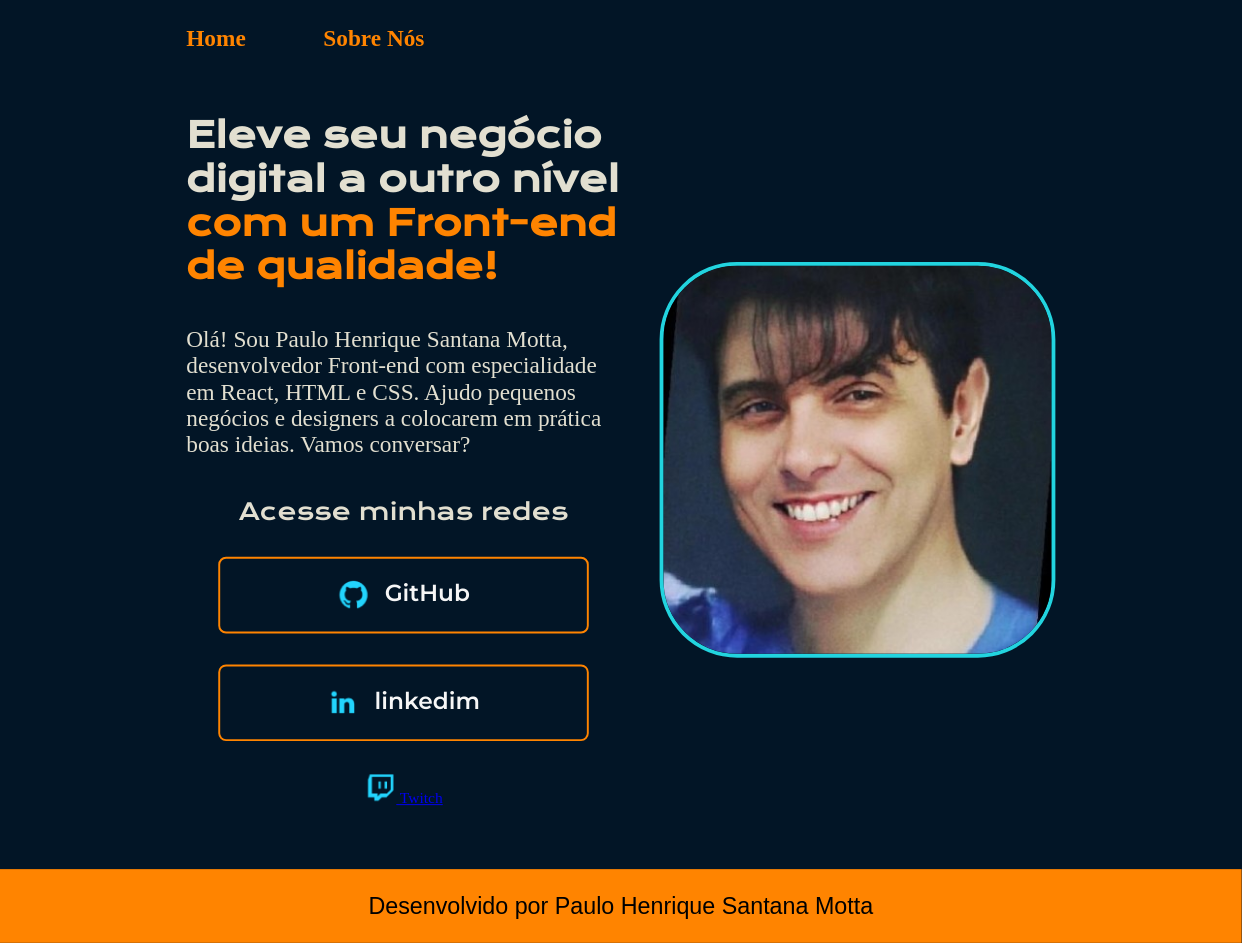
Repository: phsmottanerd/projeto-portfolio-alura
Page: index.html
These files come from the project's save history. The page is drawn as it stood at one moment and after the next save; the edit follows.
The browser window is 1280 px wide. The pictures show the whole page, at 97% of full size.

Above is the page before, as saved 2025-01-30 01:23:48.

### index.html
<!DOCTYPE html>
<html lang="pt-br">
  <head>
    <meta charset="UTF-8" />
    <meta http-equiv="X-UA-Compatible" content="IE=edge" />
    <meta name="viewport" content="width=device-width, initial-scale=1.0" />
    <title>Portifolio</title>
    <link rel="stylesheet" href="./estilos/style.css" />
  </head>

  <body>
    <header class="cabecalho">
      <nav class="cabecalho__menu">
        <a class="cabecalho__menu__link" href="index.html">Home</a>
        <a class="cabecalho__menu__link" href="about.html">Sobre Nós</a>
      </nav>
    </header>
    <main class="apresentacao">
      <section class="apresentacao__conteudo">
        <h1 class="apresentacao__conteudo__titulo">
          Eleve seu negócio digital a outro  nível
          <strong class="titulo-destaque"
            >com um Front-end de qualidade!
          </strong>
        </h1>
        <p class="apresentacao__conteudo__texto">
          Olá! Sou Paulo Henrique Santana Motta, desenvolvedor Front-end com especialidade em
          React, HTML e CSS. Ajudo pequenos negócios e designers a colocarem em
          prática boas ideias. Vamos conversar?
        </p>
        <div class="apresentacao__links">
          <h2 class="apresentacao__links__subtitulo">Acesse minhas redes</h2>
          <a
            class="apresentacao__links__navegacao"
            href="https://github.com/phsmottanerd"
          >
            <img src="./img/github.png" />
            GitHub
          </a>
          <a
            class="apresentacao__links__navegacao"
            href="https://linkedim.com/phsmottanerd"
          >
            <img src="./img/linkedin.png" />
            linkedim
          </a>
          <a class="apresentacao__links_navegacaok" href="https://.com/phsmottanerd">
            <img src="./img/twitch.png" />
            Twitch
          </a>
        </div>
      </section>
      <img class="apresentacao__imagem" src="./img/1722867171561.jpg" alt="Paulo Henrique Santana Motta  programador" />
    </main>
    <footer class="rodape">
      <p>Desenvolvido por Paulo Henrique Santana Motta</p>
    </footer>
  </body>
</html>

### estilos/style.css
@import url("https://fonts.googleapis.com/css2?family=Krona+One&family=Montserrat:wght@400;600&display=swap");

:root {
  --cor-primaria: #021526;
  --cor-secundaria: #E2DFD0;
  --cor-terciaria:#FF8400;
  --cor-hover: #FF8400;

  --font-primaria: "Krona One", sans-serif;
   --font-secundaria:"Montserrat", sans-serif;


}

* {
  margin: 0;
  padding: 0;
}

body {
  box-sizing: border-box;
  background-color: var(--cor-primaria);
  color: var(--cor-secundaria);
}
.cabecalho {
  padding: 2% 0% 0% 15%;
}
.cabecalho__menu {
  display: flex;
  gap: 80px;
}

.cabecalho__menu__link {
  font-family: var(----font-secundaria);
  font-size: 1.5rem;
  font-weight: 600;
  color: var(--cor-terciaria);
  text-decoration: none;
}

.titulo-destaque {
  color: var(--cor-terciaria);
}

.apresentacao {
  padding: 5% 15%;
  display: flex;
  align-items: center;
  justify-content: space-between;
}
.apresentacao__conteudo {
  width: 50%;
  display: flex;
  flex-direction: column;
  gap: 40px;
}

.apresentacao__conteudo__titulo {
  font-size: 2.25rem;
  font-family: var(--font-primaria);
}

.apresentacao__conteudo__texto {
  font-size: 1.5rem;
  font-family: var(----font-secundaria);
}

.apresentacao__links {
  display: flex;
  flex-direction: column;
  justify-content: space-between;
  align-items: center;
  gap: 32px;
}
.apresentacao__links__subtitulo {
  font-family: "Krona One", sans-serif;
  font-weight: 400;
  font-size: 1.5rem;
}
.apresentacao__links__navegacao {
  /* background-color: #22D4FD; */
  justify-content: center;
  gap: 16px;
  display: flex;
  border: 2px solid var(--cor-terciaria);
  width: 378px;
  text-align: center;
  border-radius: 8px;
  font-size: 1.5rem;
  font-weight: 600;
  padding: 21.5px 0;
  text-decoration: none;
  color: #f6f6f6;
  font-family: "Montserrat", sans-serif;
}
.apresentacao__links__link:hover {
  background-color: var(--cor-hover);
}
.apresentacao__imagem{

  width: 50%;
}
.rodape {
  padding: 24px;
  color: #000;
  background-color: var(--cor-terciaria);
  text-align: center;
  font-family: "Montsearrat", sans-serif;
  font-size: 1.5rem;
  font-weight: 400;
}
.apresentacao__imagem  {
  border-radius: 80px;
  border: 4px solid #22d4Df;
  width: 400px;
  heighit: 400px;

}

After the next save:
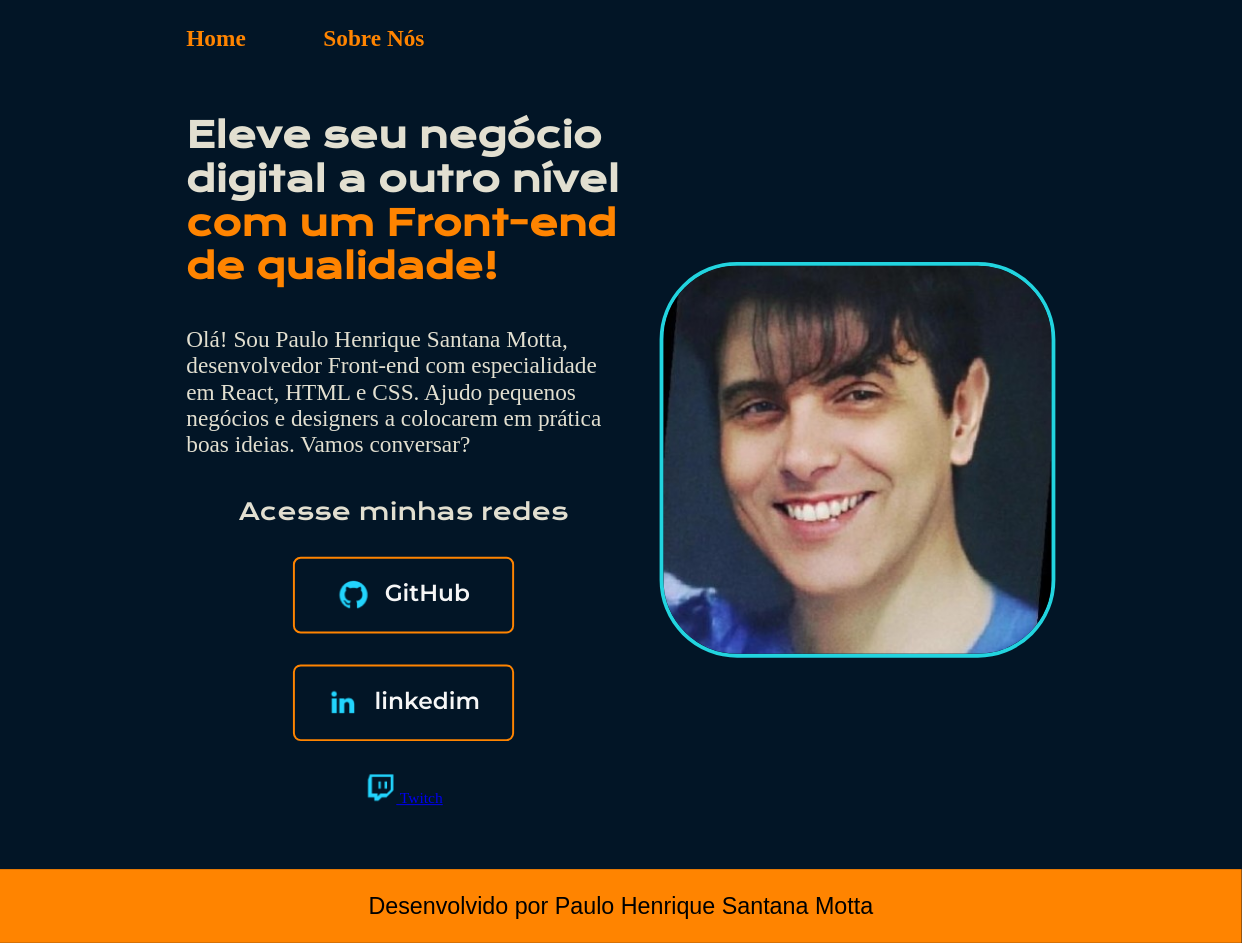
Saved 51 s later.
--- a/estilos/style.css
+++ b/estilos/style.css
@@ -83,7 +83,7 @@ body {
   gap: 16px;
   display: flex;
   border: 2px solid var(--cor-terciaria);
-  width: 378px;
+  width: 50%;
   text-align: center;
   border-radius: 8px;
   font-size: 1.5rem;
